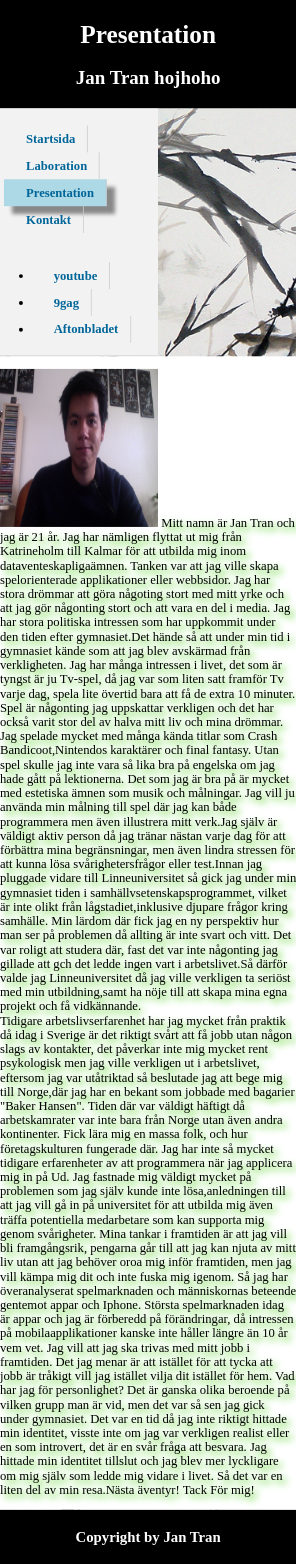
Repository: jt222ic/1ik415-jt222ic-lab-1
Page: pages/presentation.html
The author's editor kept a record of every edit. The page is drawn from the files as they stood at one moment, then again after the next edit.
The browser window is 375 px wide. The pictures show the whole page, at 79% of full size.

Above is the page before.

After the next edit:
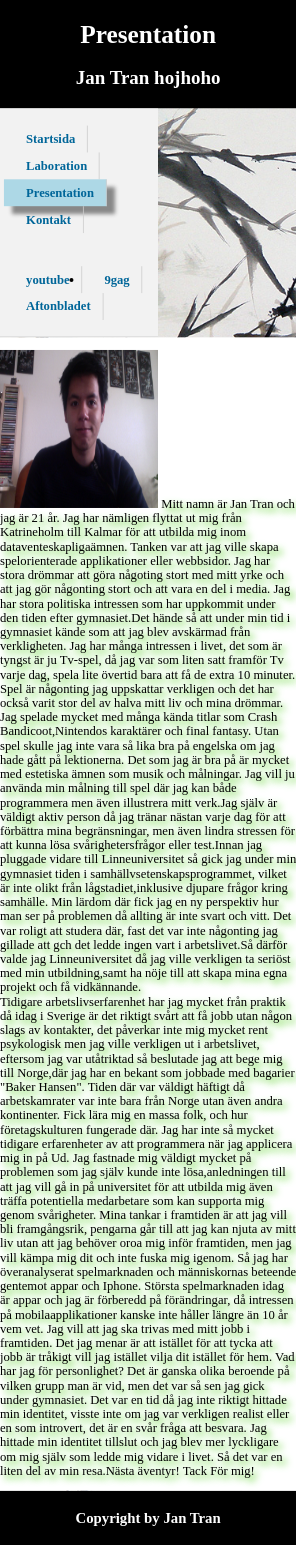
The edit:
--- a/pages/Csss/mobile.css
+++ b/pages/Csss/mobile.css
@@ -14,7 +14,8 @@
     padding:5px;
 }
 .rightbar{display:block;
-    float:right;
+    float:left;
+    padding: 5px;
 }
 video, img {max-width:100%;}
 
